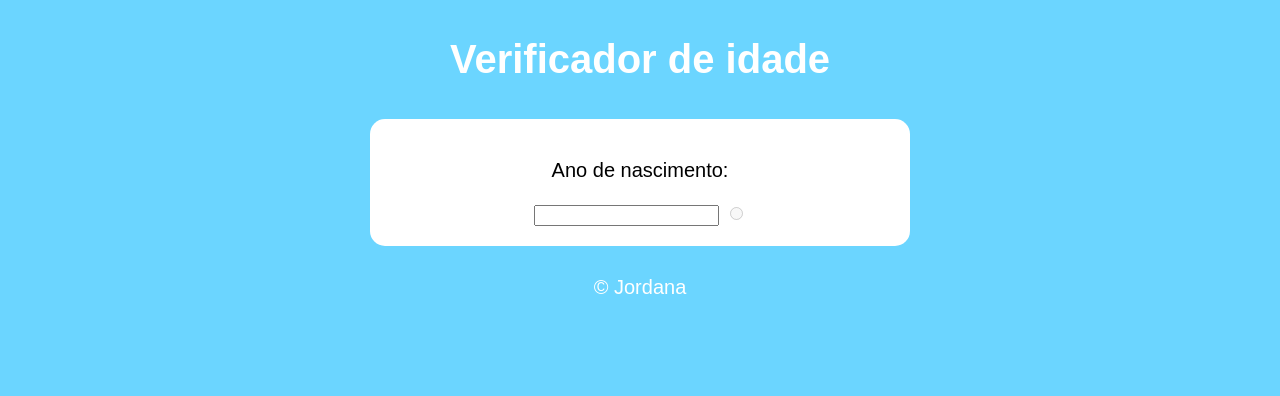
Repository: Iamjordana/Curso-JavaScript
Page: desafio/d02/index.html
An editor plug-in stored every save of this project. The page is shown before and after the next save, followed by the edit.
The browser window is 1280 px wide. The pictures show the whole page.

Above is the page before, as saved 2025-02-20 13:38:35.

### desafio/d02/index.html
<!DOCTYPE html>
<html lang="pt-br">
<head>
    <meta charset="UTF-8">
    <meta name="viewport" content="width=device-width, initial-scale=1.0">
    <title>Modelo Exercicio 2</title>
    <link rel="stylesheet" href="style.css">
</head>
<body>
    <header>
        <h1>Verificador de idade</h1>
    </header>
    <section>
        <div>
           <p>Ano de nascimento:</p>
           <input type="number" name="txtano" id="txtano" min="0">
           <input type="radio" name="res" id="res" disabled>
        </div>
        <div id="res">

        </div>
    </section>
    <footer>
        <p>&copy; Jordana</p>
    </footer>
    <script src="script.js"></script>
</body>
</html>

### desafio/d02/style.css
@charset "UTF-8";

body {
  font: normal 15pt Arial, sans-serif;
  background-color: #6bd5ff;
  margin: 0;
  padding: 0;
}

header {
  color: white;
  text-align: center;
  padding: 10px 0;
}

div {
  margin: 0 auto;
  width: 80%;
  text-align: center;
}

section {
  background-color: white;
  padding: 20px;
  border-radius: 15px;
  width: 500px;
  margin: auto;
}

footer {
  color: #ffffff;
  text-align: center;
  padding: 10px 0;
  border-radius: 15px;
}

Loaded but not shown: desafio/d02/script.js (no copy from this time; the picture is the same without it)

After the next save:
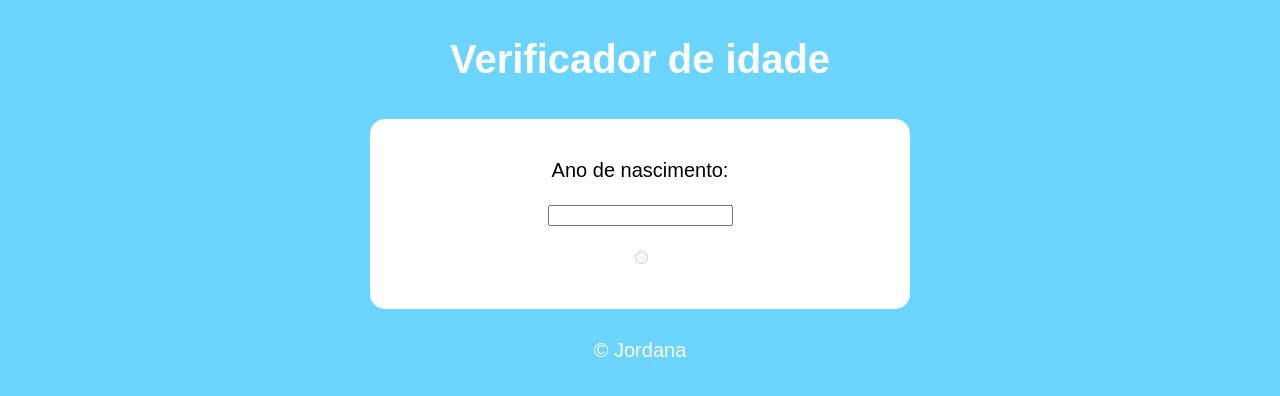
Saved 20 s later.
--- a/desafio/d02/index.html
+++ b/desafio/d02/index.html
@@ -14,7 +14,7 @@
         <div>
            <p>Ano de nascimento:</p>
            <input type="number" name="txtano" id="txtano" min="0">
-           <input type="radio" name="res" id="res" disabled>
+           <p><input type="radio" name="res" id="res" disabled></p>
         </div>
         <div id="res">
 
